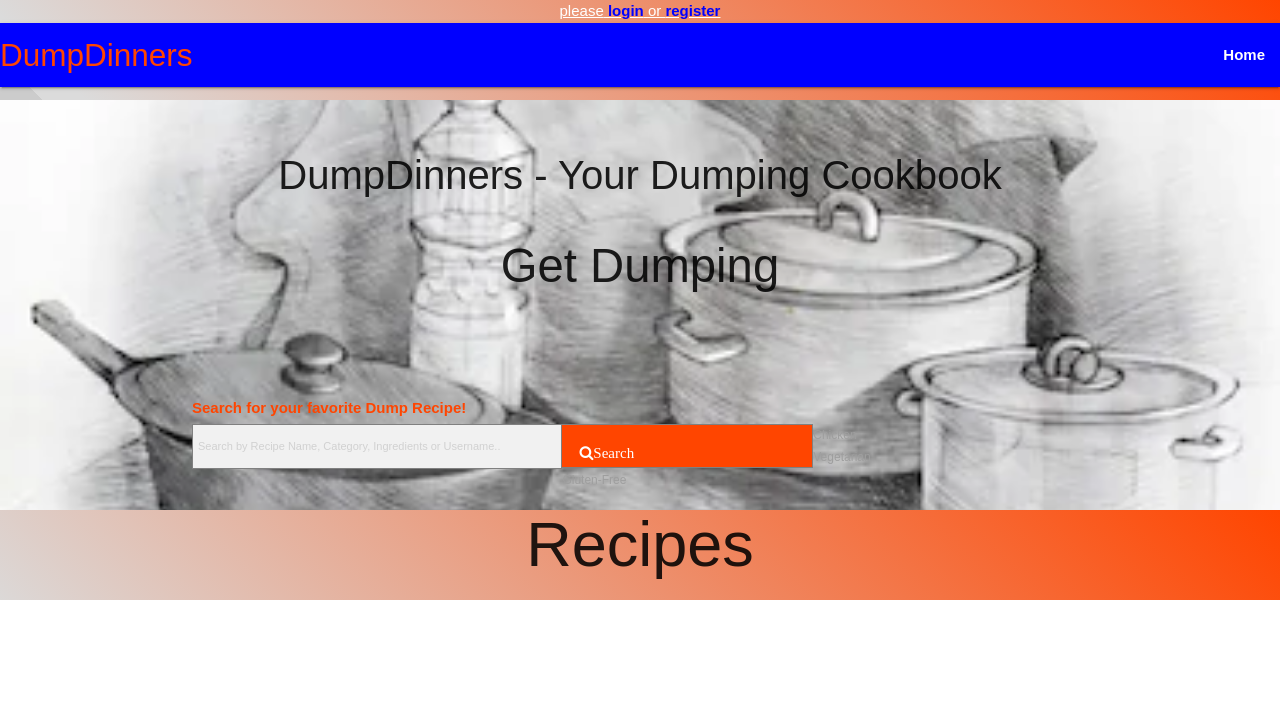
Repository: Deirdre18/dumpdinners-recipe-app
Page: http://localhost/
The author's editor kept a record of every edit. The page is drawn from the files as they stood at one moment, then again after the next edit.
The browser window is 1280 px wide. The pictures show the whole page.
Some web libraries are served in a nearby version. The page is served by the project's application, run on Flask 3 (app.py). Queries for data that is not in the repository find no rows.

Above is the page before.

### templates/allrecipes1.html
{% extends "base.html" %} {% block content %}

<h1 class="title">Recipes</h1>
{#{{referred to https://github.com/pierceoneill/code-institute-milestone-project-04/blob/master/templates/recipes.html for recipe-cards code.}}#}



<div id="recipe-cards" class="row">
    {% for recipe in recipes %}
    <div class="col s12 m4 l3 recipe-card" data-date="{{recipe.date_added}}">

        <div class="card-heading">

            <div class="card-title" style="text-align:center">
                <h6><span id="recipe_name" name="recipe_name"><i><strong>{{recipe.recipe_name}}</i></strong></span></h6>

            </div>
        </div>
        <strong>Views:</strong><i class="fa fa-eye" aria-hidden="true" style="color:blue;font-size: 20px">&nbsp{{recipe.views}}</i> <br> <strong>Likes:</strong><i class="fa fa-heart" aria-hidden="true" style="color:red; font-size: 20px">&nbsp{{recipe.likes}}</i><br>
        <strong>Category</strong><i class="fa fa-cutlery"aria-hidden="true" style="color:blue;font-size: 20px"></i> {{recipe.category_name}}


        <div class="card-image">
            <img src="{{recipe.image}}" width="200" height="200" style="margin-top" : 40%;>
        </div>


        <div class="card-body" style="white-space:normal">

            <p id="short_description"></p><strong><em>{{recipe.short_description}}</strong></em>
            </p>

        </div>

        <h6 class="view-and-share"><strong> View and Share!</strong>
        </h6>
        <p class=shares "col s4 m3 l3" style="white-space:normal">

            <i class="fa fa-facebook" aria-hidden="true"></i>
            <i class="fa fa-twitter" aria-hidden="true" style="color: light-blue"></i>
        </p>

        <div class="card-footer" style="white-space:normal">



            <div class="card-action">
                <a href="/recipe/{{ recipe._id }}"> <button class="btn waves-effect waves-light" type="submit" style="background-color:orangered" name="action">See More
                <i class="material-icons right">view_list</i>
             </button></a>
                <br><br><br>

            </div>

        </div>




        <!-- more display -->
    </div>
    {% endfor %} {% endblock %}

### templates/base.html
<!DOCTYPE html>
<html>

<head>
    <!--referred to this link for downloading bootstrap, as well as previous CI tutorials - https://forums.fedoraforum.org/showthread.php?314148-How-to-download-bootstrap-->

    <meta charset="UTF-8">
    <meta name="viewport" content="width=device-width, user-scalable=no, initial-scale=1.0, maximum-scale=1.0, minimum-scale=1.0">
    <meta http-equiv="X-UA-Compatible" content="ie=edge">
    <title>{{ title }} - DumpDinners</title>
    <link href="https://fonts.googleapis.com/icon?family=Material+Icons" rel="stylesheet">
    <link rel="stylesheet" href="https://cdnjs.cloudflare.com/ajax/libs/materialize/0.100.2/css/materialize.min.css">

    <!-- Social Share Kit CSS downloaded from https://socialsharekit.com/ -->
    <!--<link rel="stylesheet" href="assets/css/social-share-kit.css" type="text/css">-->

    <link rel="stylesheet" href="{{url_for('static', filename='social-share-kit.css')}}" type="text/css" />

    <link rel="stylesheet" href="{{url_for('static', filename='styles.css')}}" type="text/css" />


    <!--referred to this for favicon - https://www.flaticon.com/-->

    <link rel="icon" type="image/ico" href="/static/images/favicon.ico" />
    <link rel="stylesheet" href="https://cdnjs.cloudflare.com/ajax/libs/font-awesome/4.7.0/css/font-awesome.min.css">

    <style>
        body {
            font-family: Arial;
        }

        * {
            box-sizing: border-box;
        }

        form.example input[type=text] {
            padding: 5px;
            font-size: 11px;
            border: 1px solid grey;
            float: left;
            width: 4%;
            height: 1%;
            background: #f1f1f1;
        }

        form.example button {
            float: left;
            width: 2%;
            height: 2%;
            padding: 5px;
            background: #2196F3;
            color: white;
            font-size: 11px;
            border: 1px solid grey;
            border-left: none;
            cursor: pointer;
        }

        form.example button:hover {
            background: #0b7dda;
        }

        form.example::after {
            content: "";
            clear: both;
            display: table;
        }
    </style>



</head>

<body>

    <style scoped>
        .pattern {
            min-height: 100px;
        }

        #stripes4 {

            background-image: repeating-linear-gradient(45deg, #ccc, #ccc 30px, #dbdbdb 30px, #dbdbdb 60px, orangered);

        }
    </style>

    <!--to give background gradient color, referred to https://www.quackit.com/css/codes/patterns/css_background_stripes.cfm-->

    <div id="stripes4" class="pattern">


        <!--referred to code from Spence Barribal's github project for username in session below (Student at Code Institute).-->

        {% if 'username' in session %}
        <div class="text-light font-italic bg-dark pt-2 pr-4" style="text-align:center; color:blue"><strong>welcome back, {{ session['username'] }}</strong>
        </div>

        <!--Referred to stack overflow article on centering anchors.-->

        <div class="display:block; text-align: center">
            <a href="{{ url_for('add_recipe') }}" <button class="btn waves-effect waves-light" type="submit" style="background-color:orangered" name="action">Add Recipe
                <i class="material-icons right">playlist_add</i>
             </button></div></a>



            <div class="display:block; text-align: center">
                <a href="{{ url_for( 'logout') }}" style="text-decoration:underline; color:blue; text-align:center,color:blue"><strong>Logout</strong></a>
            </div>

            <div class="display:block; text-align: center">
                <a href="{{ url_for( 'allrecipes') }}" style="text-decoration:underline;color:blue; text-align:center"><strong>Home</strong></a>

            </div>

            {% else %}

            <div class="login" style="text-align:center;text-decoration:underline; color:white">please<a href="{{ url_for('login') }}" style="color:blue"><strong> login</a></strong> or <a href="{{ url_for('register') }}" style="color:blue"><strong> register</strong></a>
            </div>
            {% endif %}

            <nav>
                <div class="nav-wrapper">
                    <a class="brand-logo" style="color:orangered">DumpDinners</a>
                    <a href="#" data-activates="mobile-demo" class="button-collapse"><i class="material-icons">menu</i></a>
                    <ul id="nav-mobile" class="right hide-on-med-and-down">

                        {% if 'username' not in session %}

                        <li class="nav-item">
                            <a href="{{ url_for('index') }}" style="color:white"><strong>Home</a></strong>
                        </li>


                        {% endif %}

                    </ul>
                </div>

            </nav>
            <!--referred to https://www.w3schools.com/howto/howto_css_search_button.asp-->

            {% if 'username' in session %}
            <ul class="sidenav" id="mobile-demo">
                <li class="nav-item">
                    <a href="{{ url_for('allrecipes') }}" style="color:orangered;text-decoration:underline"><strong>Home</strong></a>
                </li>
                {% endif %}


            </ul>
        </div>

        <div id="index-banner" class="parallax-container">
            <div class="section no-pad-bot">
                <div class="container">

                    <div class="parallax">
                        <img src="{{ url_for('static', filename='uploads/' + 'still-life.jpg') }}">
                    </div>

                    <h2 class="header center" class="header"><small>DumpDinners - Your Dumping Cookbook</small></h2>

                    <h1 class="header center" class="header"><small>Get Dumping</small></h1>
                    <br><br><br>


                    <!--/*referred to https://www.w3schools.com/howto/howto_css_search_button.asp*/-->

                    <div class="search-container">

                        <h6 class="lead-search" style="color:orangered; text-align:left"><strong>Search for your favorite Dump Recipe!</strong></h6>

                        <form class="example" action="{{ url_for('search') }}">
                            <input type="text" placeholder="Search by Recipe Name, Category, Ingredients or Username.." required name="query" style="margin-top:1px; width:40%; height:3em !important;style=" color:black "">
                            <div id="search">
                                <button type="submit" style="margin-top:1px; width:28%; height:4em !important; background-color:orangered"><i class="fa fa-search" style="font-size:15px;float:left">Search</i></button>
                            </div>
                            <!--adding checkboxes-->
                            <div class="input-group mb-3 checkboxes">
                                <div class="form-check form-check-inline">
                                    <label class="form-check-label" for="checkchicken">Chicken
                        <input class="form-check-input" type="checkbox" id="checkchicken" name="check" value="chicken">
                        <span class="checkmark"></span>
                    </label>
                                </div>
                                <div class="form-check form-check-inline">
                                    <label class="form-check-label" for="checkvegetarian">Vegetarian
                        <input class="form-check-input" type="checkbox" id="checkvegetarian" name="check" value="vegetarian">
                        <span class="checkmark"></span>
                    </label>
                                </div>
                                <div class="form-check form-check-inline">
                                    <label class="form-check-label" for="checkgluten">Gluten-Free
                        <input class="form-check-input" type="checkbox" id="checkgluten" name="check" value="gluten_free">
                        <span class="checkmark"></span>
                    </label>
                                </div>
                        </form>
                        </div>


                    </div>
                </div>
                <!--Referred to this link for adding photos dynamically. https://stackoverflow.com/questions/40877272/jinja2-not-displaying-the-images-->


            </div>

            <div id="stripes4" class="pattern">
                {% block content %}{% endblock %}
            </div>

            <script src="https://ajax.googleapis.com/ajax/libs/jquery/3.4.1/jquery.min.js"></script>
            <script src="https://cdnjs.cloudflare.com/ajax/libs/jquery/3.2.1/jquery.min.js"></script>
            <script src="https://cdnjs.cloudflare.com/ajax/libs/materialize/0.100.2/js/materialize.min.js"></script>
            <!--<script src="assets/js/social-share-kit.js"></script>-->
            <!--<script src="assets/js/social-share-kit.min.js"></script>-->

            <script type="text/javascript">
                $(document).ready(function() {
                    $(".button-collapse").sideNav();
                });
            </script>

            <script type="text/javascript">
                $('.datepicker').pickadate({
                    selectMonths: true, // Creates a dropdown to control month
                    selectYears: 15, // Creates a dropdown of 15 years to control year,
                    today: 'Today',
                    clear: 'Clear',
                    close: 'Ok',
                    closeOnSelect: false // Close upon selecting a date,
                });
            </script>


            <script>
                $(document).ready(function() {
                    $('.parallax').parallax();
                });
            </script>

            <!-- jquery to activate buttons -->

            <script type="text/javascript">
                $(document).ready(function() {
                    $('.collapsible').collapsible();
                    $('select').material_select();
                });
            </script>


            <!--// to create footer referred to https://www.w3schools.com/howto/tryit.asp?filename=tryhow_css_fixed_footer. For flexible footer referred to https://materializecss.com/footer.html // decided to make footer fixed rather than flexible-->

            <style>
                .footer {
                    margin-top: 1px;
                    display: fixed;
                    min-height: 3vh;
                    flex-direction: column;
                    text-align: center;
                    background-color: blue;
                    color: white;
                }

                main {
                    flex: 1 0 auto;
                }

                .container {
                    margin-top: 15px;
                    margin-bottom: 3px;
                }
            </style>



            <style>
                .fa {
                    padding: 10px;
                    font-size: 15px;
                    width: 30px;
                    text-decoration: none;
                    margin: 5px 2px;
                    border-radius: 50%;
                    height: 30px;
                }

                .fa:hover {
                    opacity: 0.7;

                }

                .fa-facebook {
                    background: #3B5998;
                    color: white;
                    text-align: center;
                }

                .fa-twitter {
                    background: #55ACEE;
                    color: white;
                    text-align: center;
                }


                .fa-youtube {
                    background: #bb0000;
                    color: white;
                    text-align: center;
                }

                .fa-pinterest {
                    background: #cb2027;
                    color: white;
                    text-align: center;
                }

                .fa-github {
                    background: black;
                    color: white;
                    text-align: center;
                    font-size: 15px;


                }

                strong {
                    font-weight: bold;
                }
            </style>



            <div class="footer">

                <div class="container">
                    <!--created blank spaces, referred to https://www.computerhope.com/jargon/n/nbsp.htm-->
                    © 2019 Created with Code and Materialise&nbsp| Deirdre Weldon <a href="https://github.com/Deirdre18" class="fa fa-github"></a> |&nbsp
                    <a href="https://dumpdinners-recipe-app.herokuapp.com/" style="color:orangered; text-decoration: underline">DumpDinners Website
        </div>

        <!--for social media icons and styles referred to https://www.w3schools.com/howto/howto_css_social_media_buttons.asp    -->



        <!-- Add font awesome icons -->
        <a href="https://www.facebook.com/" class="fa fa-facebook"></a>
                    <a href="https://www.twitter.com/" class="fa fa-twitter"></a>
                    <a href="https://www.pinterest.com/" class="fa fa-pinterest"></a>


                </div>
</body>

</html>

### static/styles.css
.card-body {
    width: 75%;
    margin-left: 0;
    left: auto;
    right: auto;
    white-space: pre-wrap;
}

#search [type="search"] [name="query"]
{
     height: 30px;
     width: 50px;
}


h3 {margin-top: 10%}

.main { margin-top: 20px;}

.card-image {width:25%;}

h5 .lead-search {margin-bottom: 0}

p .heading {margin-top: 30%;}


.card-image {white-space: pre-wrap;
            margin-bottom: -80px;
}


h1 {text-align: center;
    margin-top: 20px;

}

p {margin-top: 20%;}



.nav-wrapper {background-color: blue;}

#Add {color: indigo;
}

#View {color: indigo;
}

.brand-logo{text-align:left;}

.btn_small {
    height: 24px;
    width: 60px;
    line-height: 24px;
    margin: 5px 5px;
    padding: 0 0.5em;
}

Loaded but not shown: app.py (226 lines, source omitted); static/social-share-kit.css (no copy from this time; the picture is the same without it)

After the next edit:
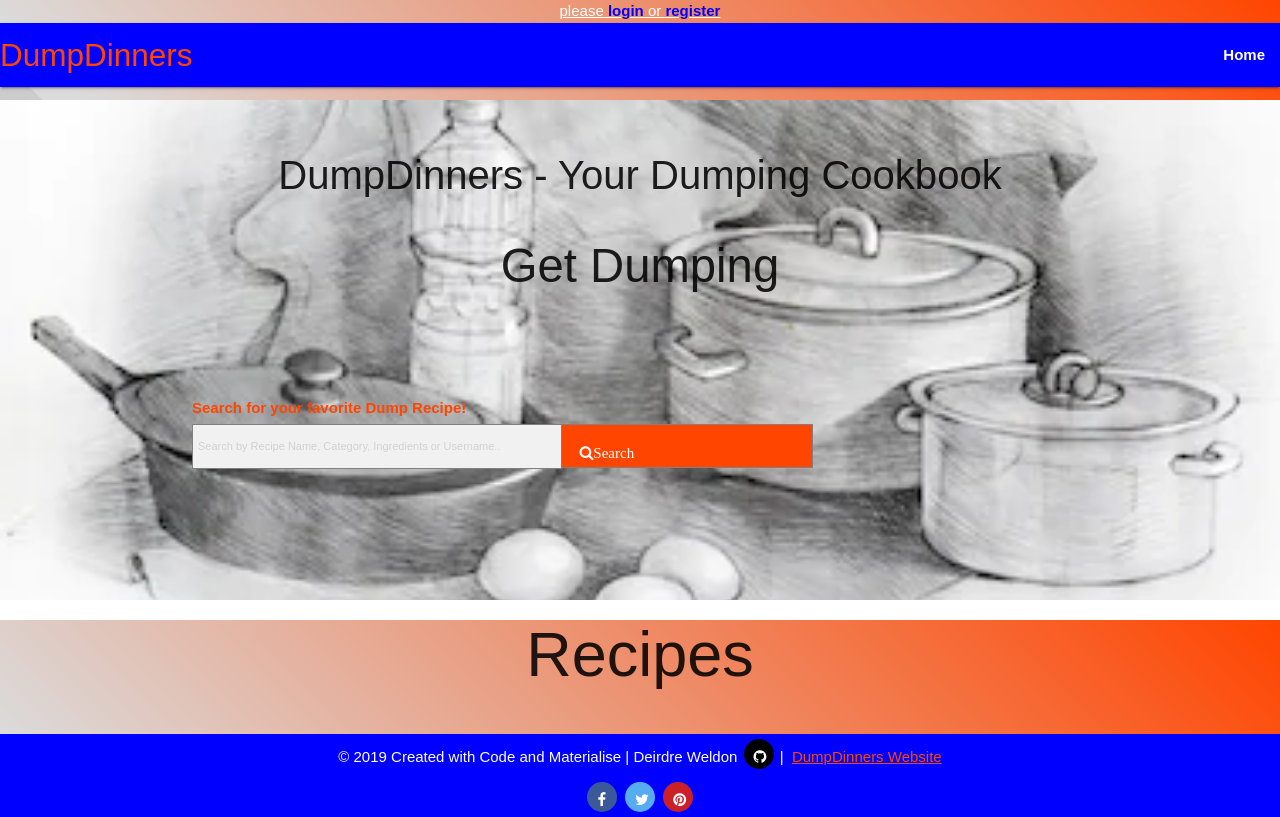
The edit:
--- a/templates/base.html
+++ b/templates/base.html
@@ -177,27 +177,8 @@
                             <div id="search">
                                 <button type="submit" style="margin-top:1px; width:28%; height:4em !important; background-color:orangered"><i class="fa fa-search" style="font-size:15px;float:left">Search</i></button>
                             </div>
-                            <!--adding checkboxes-->
-                            <div class="input-group mb-3 checkboxes">
-                                <div class="form-check form-check-inline">
-                                    <label class="form-check-label" for="checkchicken">Chicken
-                        <input class="form-check-input" type="checkbox" id="checkchicken" name="check" value="chicken">
-                        <span class="checkmark"></span>
-                    </label>
-                                </div>
-                                <div class="form-check form-check-inline">
-                                    <label class="form-check-label" for="checkvegetarian">Vegetarian
-                        <input class="form-check-input" type="checkbox" id="checkvegetarian" name="check" value="vegetarian">
-                        <span class="checkmark"></span>
-                    </label>
-                                </div>
-                                <div class="form-check form-check-inline">
-                                    <label class="form-check-label" for="checkgluten">Gluten-Free
-                        <input class="form-check-input" type="checkbox" id="checkgluten" name="check" value="gluten_free">
-                        <span class="checkmark"></span>
-                    </label>
-                                </div>
-                        </form>
+
+                            </form>
                         </div>
 
 
